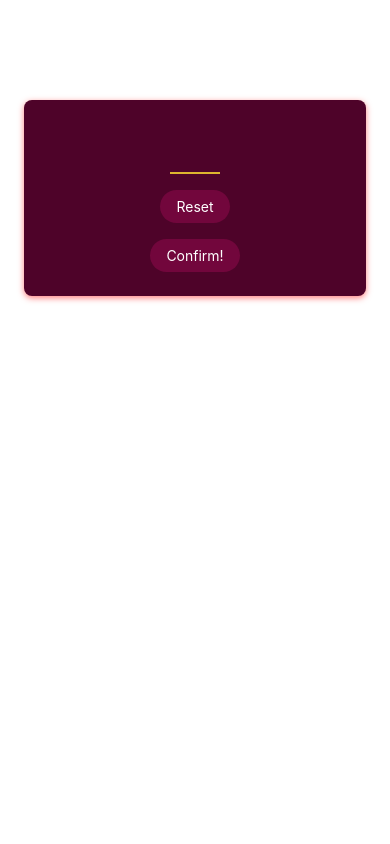
Repository: SyLe-Van/Number-Guessing-Game
Screen: /
An editor plug-in stored every save of this project. The screen is shown before and after the next save, followed by the edit.
The app was drawn by React Native's web renderer in a window 390 px wide. The project was rebuilt for these pictures with package versions that can differ from the ones it lists, and the page was loaded fresh each time.

Above is the screen before, as saved 2024-02-02 09:25:29.

### App.js
import { StyleSheet } from "react-native";

import StartGameScreen from "./screens/StartGameScreen";
export default function App() {
  return <StartGameScreen />;
}

const styles = StyleSheet.create({});

### screens/StartGameScreen.js
import { TextInput, View, StyleSheet } from "react-native";
import PrimaryButton from "../components/PrimaryButton";
function StartGameScreen() {
  return (
    <View style={styles.inputContainer}>
      <TextInput
        style={styles.numberInput}
        maxLength={2}
        keyboardType={"number-pad"}
        autoCapitalize="none"
        autoCorrect={false}
      />
      <PrimaryButton>Reset</PrimaryButton>
      <PrimaryButton>Confirm!</PrimaryButton>
    </View>
  );
}
const styles = StyleSheet.create({
  inputContainer: {
    justifyContent: "center",
    alignItems: "center",
    padding: 16,
    marginTop: 100,
    marginHorizontal: 24,
    backgroundColor: "#4e0329",
    borderRadius: 8,
    shadowColor: "red",
    shadowOffset: { width: 0, height: 2 },
    shadowRadius: 6,
    shadowOpacity: 0.5,
  },
  numberInput: {
    height: 50,
    width: 50,
    fontSize: 30,
    borderBottomColor: "#ddb52f",
    borderBottomWidth: 2,
    color: "#ddb52f",
    marginVertical: 8,
    fontWeight: "bold",
    textAlign: "center",
  },
});
export default StartGameScreen;

### components/PrimaryButton.js
import { View, Text, Pressable, StyleSheet } from "react-native";

function PrimaryButton({ children }) {
  function pressHandler() {
    console.log("Pressed");
  }
  return (
    <View style={styles.buttonOuterContainer}>
      <Pressable
        onPress={pressHandler}
        style={({ pressed }) =>
          pressed
            ? [styles.buttonInnerContainer, styles.pressed]
            : styles.buttonInnerContainer
        }
      >
        <Text style={styles.buttonText}>{children}</Text>
      </Pressable>
    </View>
  );
}
const styles = StyleSheet.create({
  buttonOuterContainer: {
    borderRadius: 28,
    margin: 4,
    overflow: "hidden",
  },
  buttonInnerContainer: {
    backgroundColor: "#72063c",
    borderRadius: 25,
    paddingVertical: 8,
    paddingHorizontal: 16,
    margin: 4,
  },
  buttonText: {
    color: "white",
    textAlign: "center",
  },
  pressed: {
    opacity: 0.75,
  },
});
export default PrimaryButton;

After the next save:
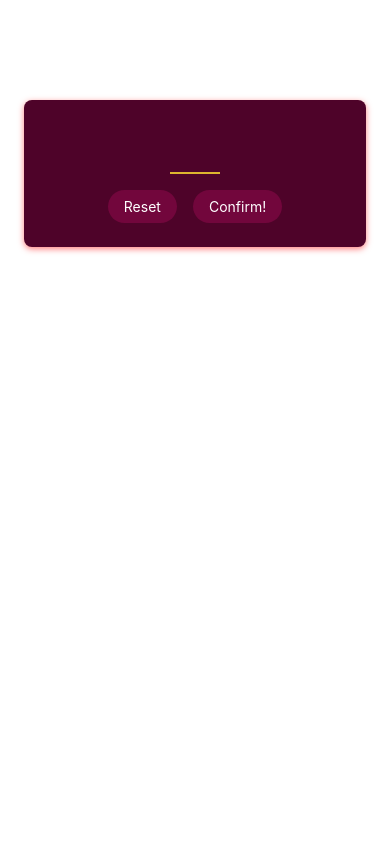
Saved 3 min 49 s later.
--- a/screens/StartGameScreen.js
+++ b/screens/StartGameScreen.js
@@ -10,8 +10,10 @@ function StartGameScreen() {
         autoCapitalize="none"
         autoCorrect={false}
       />
-      <PrimaryButton>Reset</PrimaryButton>
-      <PrimaryButton>Confirm!</PrimaryButton>
+      <View style={styles.buttonsContainer}>
+        <PrimaryButton>Reset</PrimaryButton>
+        <PrimaryButton>Confirm!</PrimaryButton>
+      </View>
     </View>
   );
 }
@@ -40,5 +42,8 @@ const styles = StyleSheet.create({
     fontWeight: "bold",
     textAlign: "center",
   },
+  buttonsContainer: {
+    flexDirection: "row",
+  },
 });
 export default StartGameScreen;
